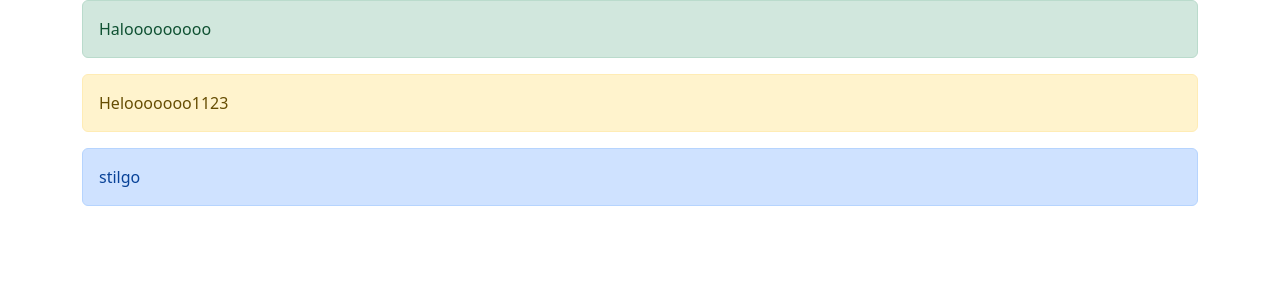
Repository: hcozyph/cybersoft_JS_5_T-ch-h-m
Page: index.htm
An editor plug-in stored every save of this project. The page is shown before and after the next save, followed by the edit.
The browser window is 1280 px wide. The pictures show the whole page.

Above is the page before, as saved 2023-02-05 10:32:29.

After the next save:
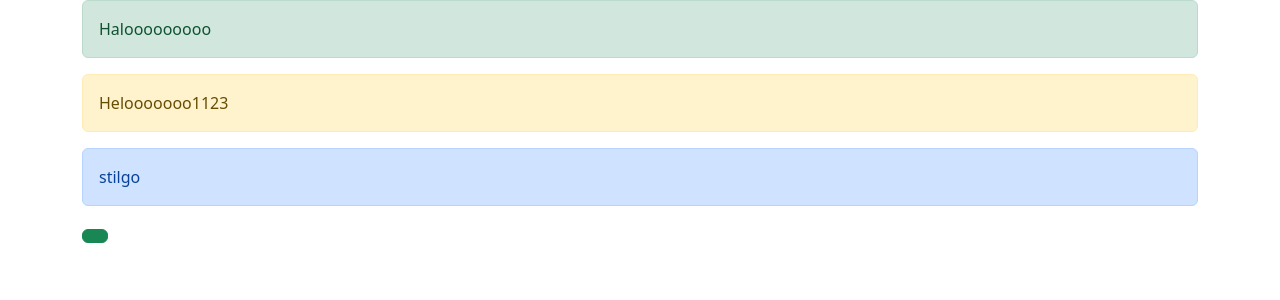
Saved 96 s later.
--- a/index.htm
+++ b/index.htm
@@ -30,6 +30,8 @@
             <span class="d-block alert alert-primary my-3" id="output-span"
                 >stilgo</span
             >
+
+            <button id="btnThayDoi" class="btn btn-success"></button>
         </div>
 
         <!-- bootstrap -->
